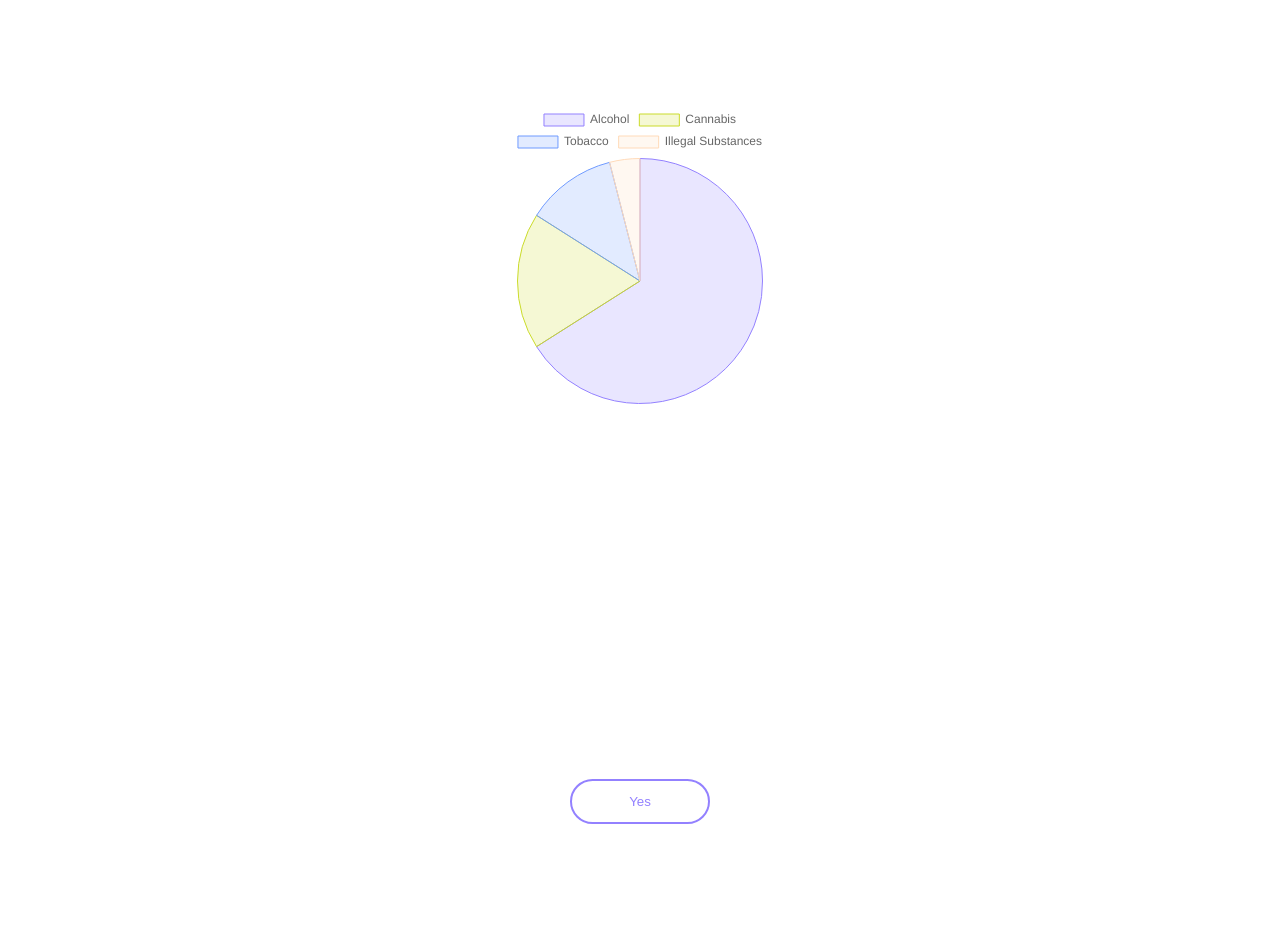
Repository: olivia-sk/MDIA-2109-2106-Big-Project
Page: /
These files come from the project's save history. The page is drawn as it stood at one moment and after the next save; the edit follows.
The browser window is 1280 px wide. The pictures show the whole page.
The project was rebuilt for these pictures with package versions that can differ from the ones it lists, and the page was loaded fresh each time. The framework's server and built-in components were replaced by stand-ins that run in the browser. Also part of the build but not shown: next.config.js, styles/globals.css.

Above is the page before, as saved 2023-04-03 11:56:36.

### pages/index.js
import Head from 'next/head'
import Image from 'next/image'
import styles from '@/styles/Home.module.css'
import Pie from '@/components/PieChart'
import Button from '@/components/Button'


export default function Home() {
  return (
    <>
      <Head>
        <title>Create Next App</title>
        <meta name="description" content="Generated by create next app" />
        <meta name="viewport" content="width=device-width, initial-scale=1" />
        <link rel="icon" href="/favicon.ico" />
      </Head>
      <main className={styles.main}>
        <Pie/>
        <Button/>
      </main>
    </>
  )
}

### components/PieChart/index.js
import React from 'react';
import { Chart as ChartJS, ArcElement, Tooltip, Legend } from 'chart.js';
import { Pie } from 'react-chartjs-2';
import styles from '@/components/PieChart/PieChart.module.css'

ChartJS.register(ArcElement, Tooltip, Legend);

export const data = {
  labels: ['Alcohol', 'Cannabis', 'Tobacco', 'Illegal Substances'],
  datasets: [
    {
      label: '% of Household Users',
      data: [66, 18, 12, 4,],
      backgroundColor: [
        'rgba(147, 129, 255, 0.2)',
        'rgba(202, 219, 42, 0.2)',
        'rgba(111, 154, 255, 0.2)',
        'rgba(255, 218, 185, 0.2)',
      ],
      borderColor: [
        'rgba(147, 129, 255, 1)',
        'rgba(202, 219, 42, 1)',
        'rgba(111, 154, 255, 1)',
        'rgba(255, 218, 185, 1)',
      ],
      borderWidth: 1,
    },
  ],
};

export default function App() {
  return (
    <div className={styles.pie}>
        <Pie data={data} />
    </div>
  )
}

### components/Button/index.js
import React from 'react';
import styles from '@/components/Button/Button.module.css'

export default function App() {
  return (
    <>
    <div>
        <button className={styles.button}>Yes</button>
    </div>
    </>
  )
}

### components/PieChart/PieChart.module.css
.pie {
    width: 300px;
    height: 300px;
}

### components/Button/Button.module.css
.button {
    color: rgb(147, 129, 255);
    background: transparent;
    border: solid 2px rgb(147, 129, 255);
    width: 140px;
    height: 45px;
    border-radius: 100px;
}

.button:hover {
    border: white;
    color: white;
    background-color: rgb(147, 129, 255);
    cursor: pointer;
}

Loaded but not shown: pages/_app.js (common file); pages/_document.js (common file); styles/Home.module.css (common file)

After the next save:
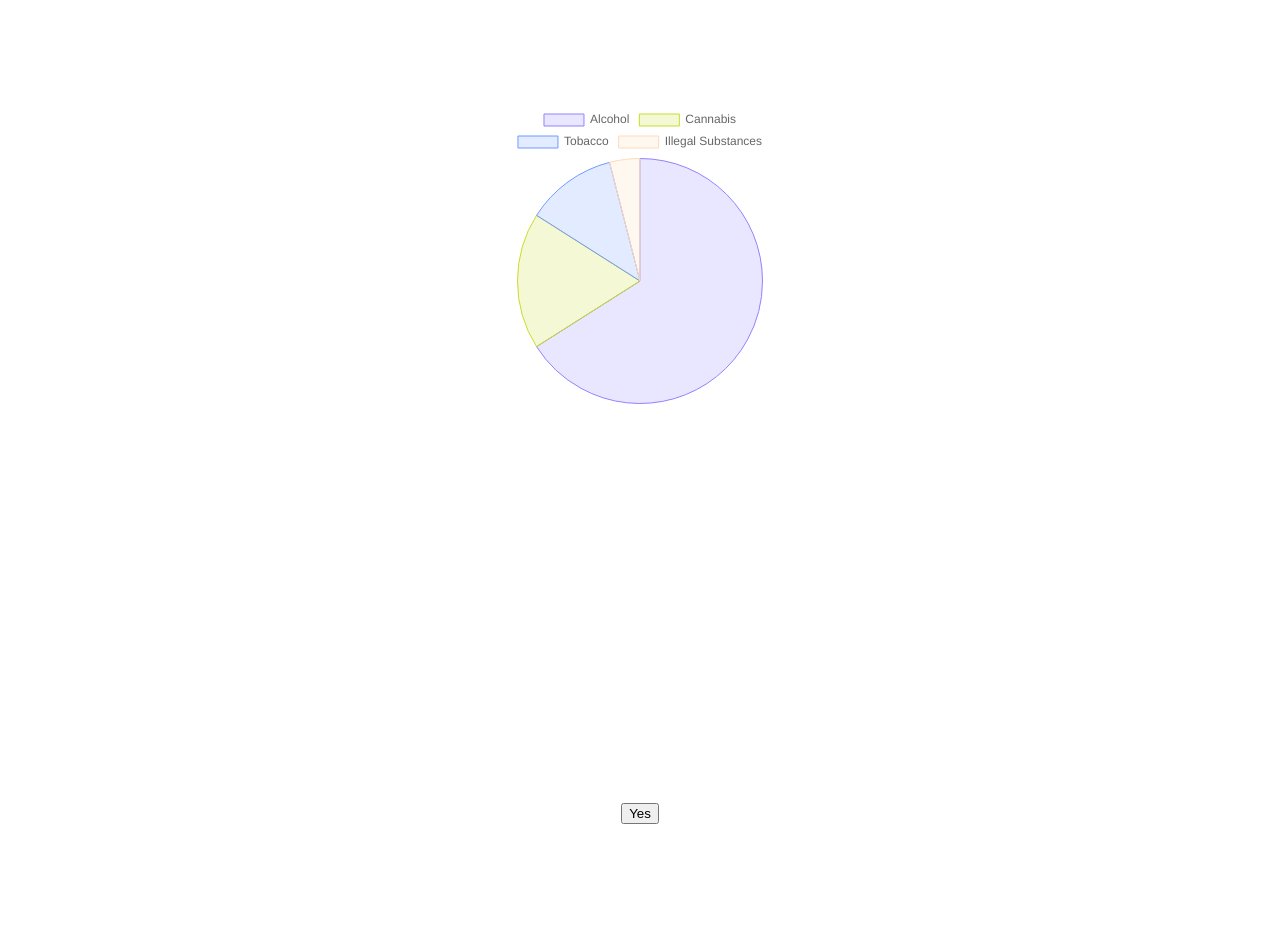
Saved 3 min 5 s later.
--- a/pages/index.js
+++ b/pages/index.js
@@ -16,7 +16,7 @@
       </Head>
       <main className={styles.main}>
         <Pie/>
-        <Button/>
+        <button className={styles.button}>Yes</button>
       </main>
     </>
   )
